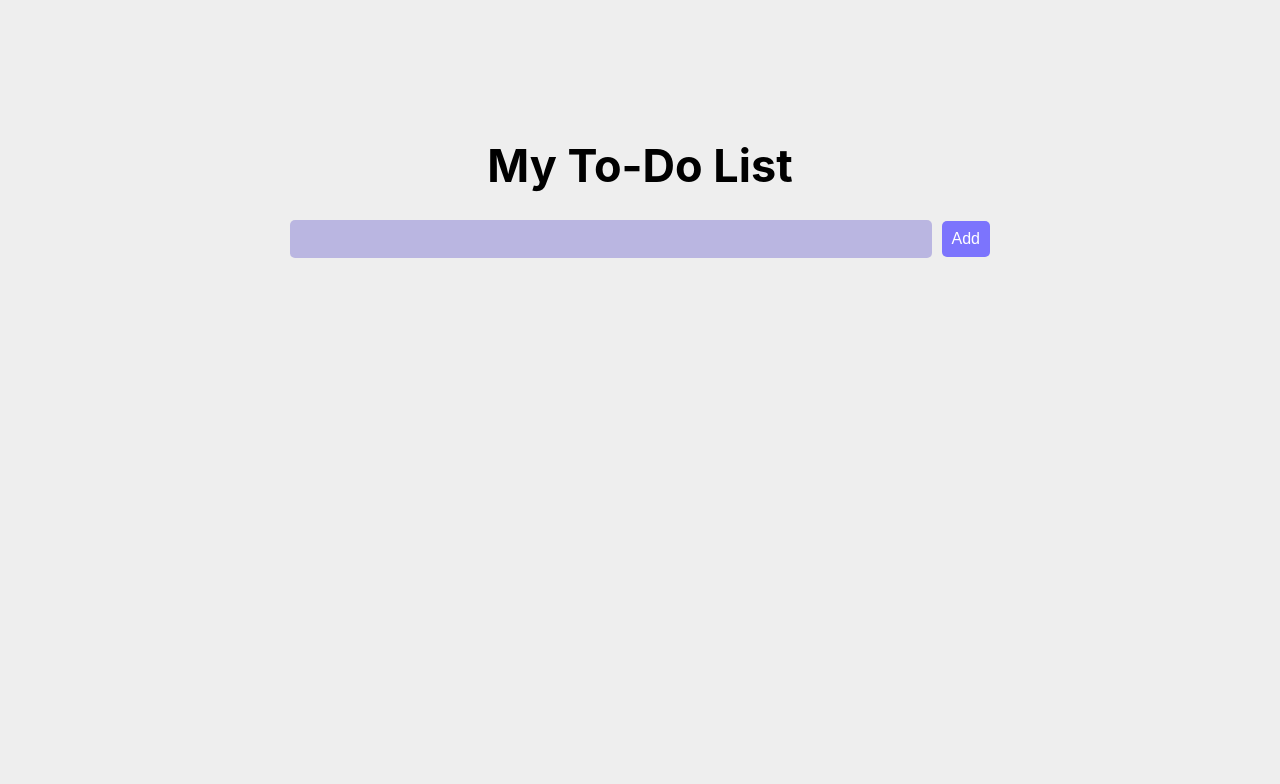
Repository: bianphang/todo-list_vanilla-js
Page: index.html
These files come from the project's save history. The page is drawn as it stood at one moment and after the next save; the edit follows.
The browser window is 1280 px wide. The pictures show the whole page.

Above is the page before, as saved 2024-06-10 15:11:36.

After the next save:
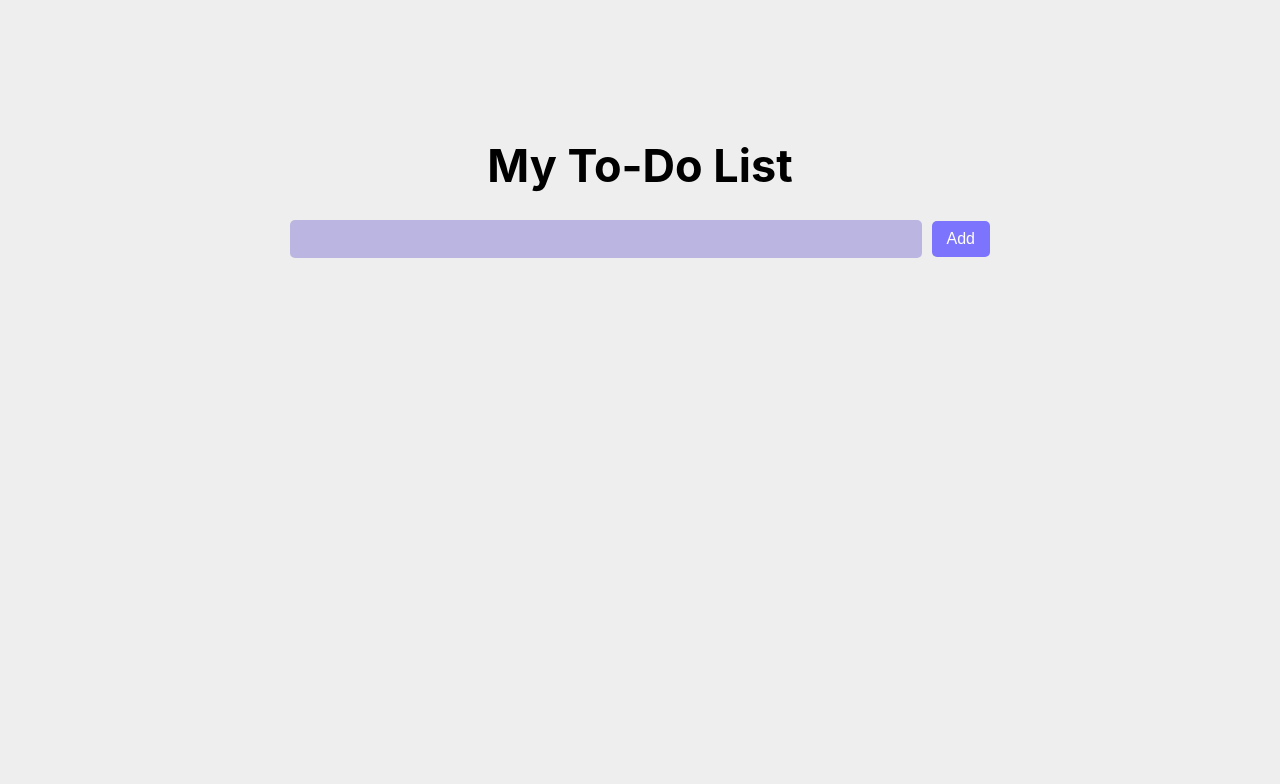
Saved 7 s later.
--- a/styles.css
+++ b/styles.css
@@ -80,7 +80,7 @@ body {
 
 .btn {
   height: 36px;
-  padding: 0 10px;
+  padding: 0 15px;
   font-size: 16px;
   color: #fff;
   background-color: #7c74fd;
